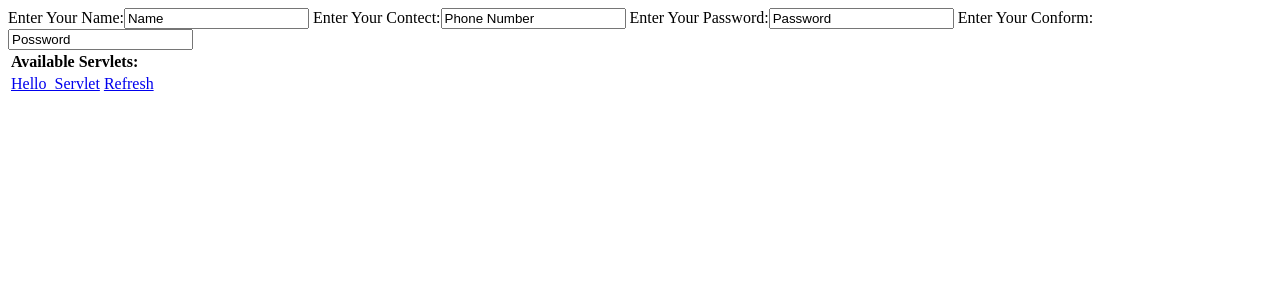
Repository: 123umakant/Home
Page: Demo/Hello_Servlet/war/index.html
These files come from the project's save history. The page is drawn as it stood at one moment and after the next save; the edit follows.
The browser window is 1280 px wide. The pictures show the whole page.

Above is the page before, as saved 2018-11-29 10:07:11.

After the next save:
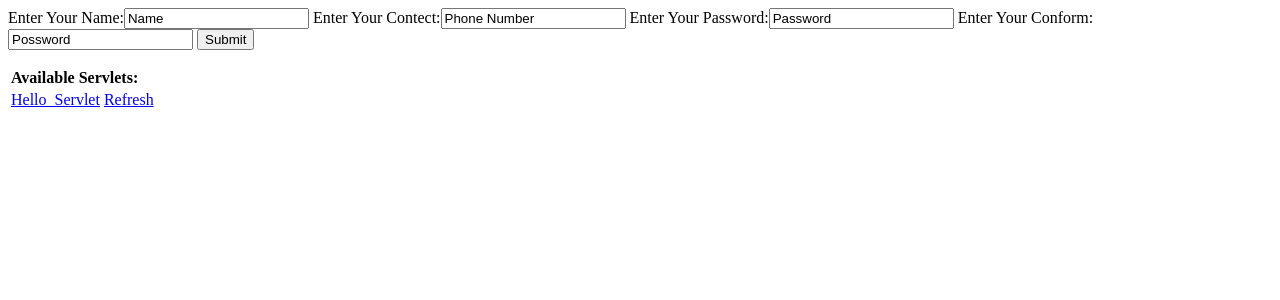
Saved 71 s later.
--- a/Demo/Hello_Servlet/war/index.html
+++ b/Demo/Hello_Servlet/war/index.html
@@ -13,11 +13,15 @@
   </head>
 
   <body>
+    <form action="">
 
     Enter Your Name:<input type="text" value="Name">
     Enter Your Contect:<input type="text" value="Phone Number">
     Enter Your Password:<input type="text" value="Password">
     Enter Your Conform:<input type="text" value="Possword">
+    <input type="button" value="Submit">
+    </form>
+
 
 
 
